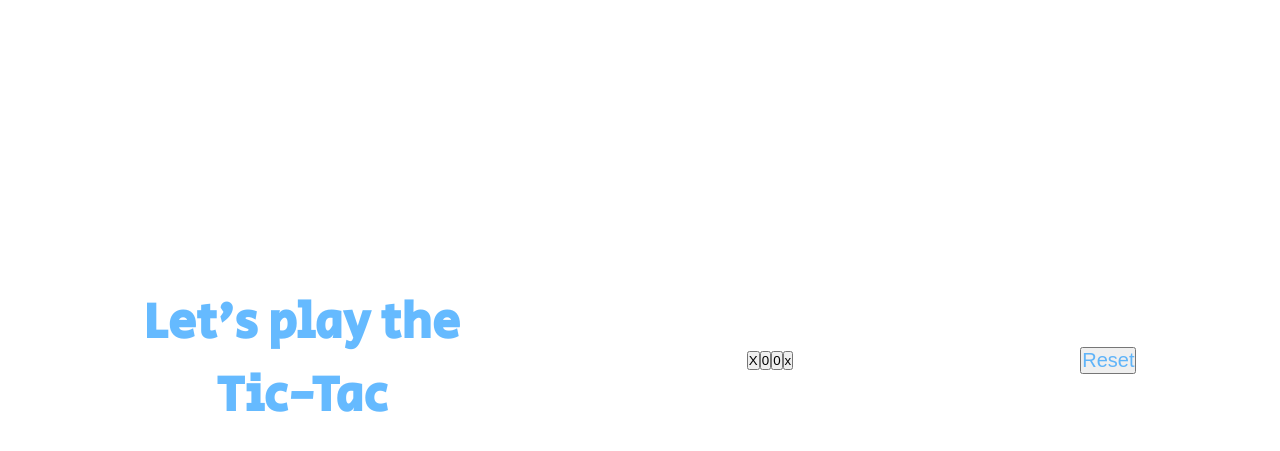
Repository: evergreenx/tic-tac
Page: /
An editor plug-in stored every save of this project. The page is shown before and after the next save, followed by the edit.
The browser window is 1280 px wide. The pictures show the whole page.
The project was rebuilt for these pictures with package versions that can differ from the ones it lists, and the page was loaded fresh each time.

Above is the page before, as saved 2022-04-21 04:02:20.

### src/index.css
@import url("https://fonts.googleapis.com/css2?family=Anton&family=Secular+One&display=swap");

* {
  margin: 0;
  padding: 0;
  box-sizing: border-box;
}

body {
  font-family: "Secular One", sans-serif;
}

.App {
  display: flex;
  flex-direction: row;
  align-items: center;
  justify-content: space-around;
  height: 100vh;
}
.heading {
  color: #008cff9a;
  font-size: 50px;
}

.reset--button--text{
  color: #008cff9a;
  font-size: 20px;
}

@media (max-width: 768px) {
  .App {
    flex-direction: column;
  }
}

### src/App.js
import "./App.css";
import Board from "./components/Board";

function App() {
  return (
    <div className="App">
      <h1 className="heading">
        Let's play the <br /> Tic-Tac
      </h1>
      <Board />


      <div class="reset--button">

        <button class="reset--button--text">Reset</button>
      </div>
    </div>
  );
}

export default App;

### src/components/Board.jsx
import React from "react";
import './Board.scss'

function Board() {
  return (
    <div className="board">
      <button>X</button>

      <button>0</button>

      <button>0</button>

      <button>x</button>
    </div>
  );
}

export default Board;

### src/components/Board/Board.scss
.board {
  display: flex;
  flex-direction: row;
}

Loaded but not shown: public/index.html (common file); src/index.js (common file); src/reportWebVitals.js (common file); src/App.css (common file)

After the next save:
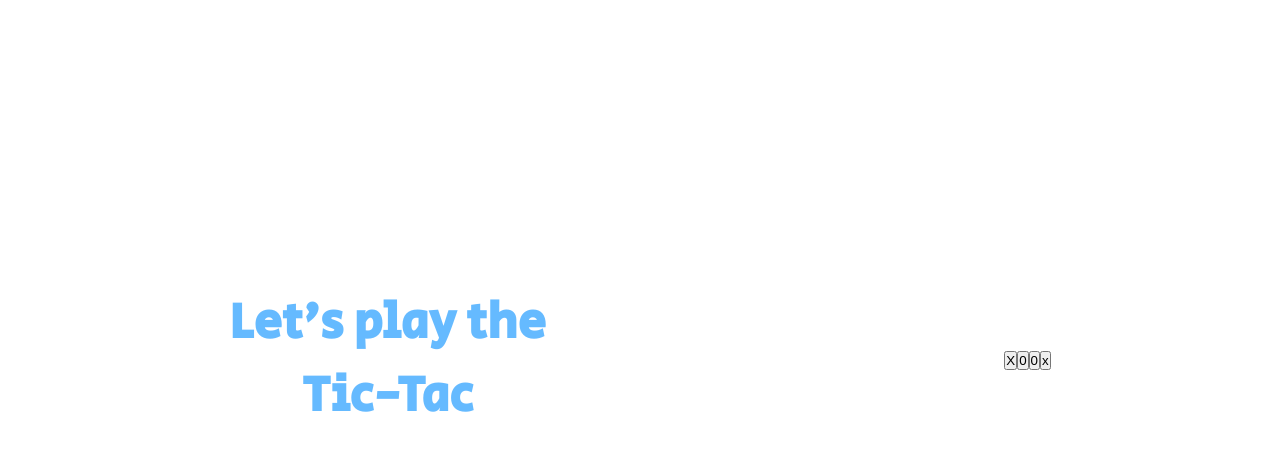
Saved 19 s later.
--- a/src/App.js
+++ b/src/App.js
@@ -10,10 +10,7 @@ function App() {
       <Board />
 
 
-      <div class="reset--button">
 
-        <button class="reset--button--text">Reset</button>
-      </div>
     </div>
   );
 }
